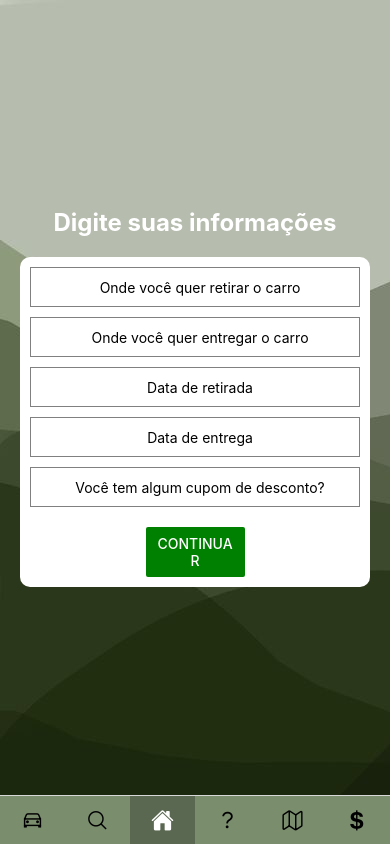
Repository: GabrielAron/EcoWheels
Page: /Home
An editor plug-in stored every save of this project. The page is shown before and after a run of saves, followed by the edit.
The browser window is 390 px wide. The pictures show the whole page.
The app was drawn by React Native's web renderer in a window 390 px wide. The project was rebuilt for these pictures with package versions that can differ from the ones it lists, and the page was loaded fresh each time. Also part of the build but not shown: src/Paginas/Carros/index.js, src/Paginas/Ajuda/index.js, src/Paginas/Mapa/index.js, src/Paginas/Pagamento/pagamento.js.

Above is the page before, as saved 2023-11-24 15:05:12.

### App.js
import React from 'react';
import Routes from './src/Paginas/routes';
import { ReservaProvider } from './src/Paginas/ReservaContext';


function App() {
  return (
    <ReservaProvider>
      <Routes />
    </ReservaProvider>
  );
}

export default App;

### src/Paginas/routes.js
import React from 'react';
import { createBottomTabNavigator } from '@react-navigation/bottom-tabs';
import { NavigationContainer } from '@react-navigation/native';
import { Ionicons } from '@expo/vector-icons';

import Home from './Home';
import Explorar from './Carros';
import Ajuda from './Ajuda';
import Reservas from './Locacoes';
import Recarga from './Mapa';
import Pagamento from './Pagamento/pagamento';

const Tab = createBottomTabNavigator();

export default function Routes() {
  return (
    <NavigationContainer>
      <Tab.Navigator
        tabBarOptions={{
          showLabel: false, // Oculta as etiquetas de texto das guias
          tabBarStyle: {
            position: 'absolute',
            backgroundColor: '#7A8D6D',
            height:700,
          },
          tabStyle: {
            elevation: 0,
          },
          inactiveBackgroundColor: '#7A8D6D',
          activeBackgroundColor: '#5A6851',
        }}
      >
        <Tab.Screen
          name="Reservas"
          component={Reservas}
          options={{
            headerShown: false,
            tabBarIcon: ({ color, size, focused }) => {
              if (focused) {
                return <Ionicons name="md-car" size={23} color="#FFF" />;
              } else {
                return <Ionicons name="md-car-outline" size={23} color="#000000" />;
              }
            },
          }}
        />
        <Tab.Screen
          name="Explorar"
          component={Explorar}
          options={{
            headerShown: false,
            tabBarIcon: ({ color, size, focused }) => {
              if (focused) {
                return <Ionicons name="md-search" size={23} color="#FFF" />;
              } else {
                return <Ionicons name="md-search-outline" size={23} color="#000000" />;
              }
            },
          }}
        />
        <Tab.Screen
          name="Home"
          component={Home}
          options={{
            headerShown: false,
            tabBarIcon: ({ color, size, focused }) => {
              if (focused) {
                return <Ionicons name="md-home" size={23} color="#FFF" />;
              } else {
                return <Ionicons name="md-home-outline" size={23} color="#000000" />;
              }
            },
          }}
        />
        <Tab.Screen
          name="Ajuda"
          component={Ajuda}
          options={{
            headerShown: false,
            tabBarIcon: ({ color, size, focused }) => {
              if (focused) {
                return <Ionicons name="md-help" size={23} color="#FFF" />;
              } else {
                return <Ionicons name="md-help-outline" size={23} color="#000000" />;
              }
            },
          }}
        />
        <Tab.Screen
          name="Recarga"
          component={Recarga}
          options={{
            headerShown: false,
            tabBarIcon: ({ color, size, focused }) => {
              if (focused) {
                return <Ionicons name="md-map" size={23} color="#FFF" />;
              } else {
                return <Ionicons name="md-map-outline" size={23} color="#000000" />;
              }
            },
          }}
        />
         <Tab.Screen
          name="Pagamento"
          component={Pagamento}
          options={{
            headerShown: false,
            tabBarIcon: ({ color, size, focused }) => {
              if (focused) {
                return <Ionicons name="logo-usd" size={23} color="#FFF" />;

              } else {
                return <Ionicons name="logo-usd" size={23} color="#000000" />;
              }
            },
          }}
        />
      </Tab.Navigator>
    </NavigationContainer>
  );
}

### src/Paginas/ReservaContext.js
import React, { createContext, useState } from 'react';

export const ReservaContext = createContext();

export const ReservaProvider = ({ children }) => {
  const [reservas, setReservas] = useState([]);

  return (
    <ReservaContext.Provider value={{ reservas, setReservas }}>
      {children}
    </ReservaContext.Provider>
  );
};

### src/Paginas/Home/index.js
import React, { useState } from 'react';
import { View, Text, TextInput, Button, StyleSheet, ImageBackground, Modal, TouchableOpacity } from 'react-native';
import Fundo from '/imagens/fundoverde.jpg';

export default function Home() {
  const [date, setDate] = useState('');
  const [returnDate, setReturnDate] = useState('');
  const [showModal, setShowModal] = useState(false);

  const handleDateChange = (text) => {
    // Remover caracteres não numéricos
    const numericText = text.replace(/[^0-9]/g, '');

    // Adicionar barras para formar uma data
    let formattedText = numericText.replace(/(\d{2})(\d{2})(\d{4})/, '$1/$2/$3');

    // Limitar o comprimento
    formattedText = formattedText.substring(0, 10);

    setDate(formattedText);
  };

  const handleReturnDateChange = (text) => {
    // Remover caracteres não numéricos
    const numericText = text.replace(/[^0-9]/g, '');

    // Adicionar barras para formar uma data
    let formattedText = numericText.replace(/(\d{2})(\d{2})(\d{4})/, '$1/$2/$3');

    // Limitar o comprimento
    formattedText = formattedText.substring(0, 10);

    setReturnDate(formattedText);
  };

  const handleContinue = () => {
    if (date.trim() === '' || returnDate.trim() === '') {
      setShowModal(true);
    } else {
      // Lógica para continuar para a próxima tela
    }
  };

  return (
    <ImageBackground source={Fundo} style={styles.image}>
      <View style={styles.container}>
        <Text style={styles.title}>Digite suas informações</Text>
        <View style={styles.formContainer}>
          <TextInput style={styles.input} placeholder="Onde você quer retirar o carro" />
          <TextInput style={styles.input} placeholder="Onde você quer entregar o carro" />
          <TextInput style={styles.input} placeholder="Data de retirada" keyboardType="numeric" value={date} onChangeText={handleDateChange} />
          <TextInput style={styles.input} placeholder="Data de entrega" keyboardType="numeric" value={returnDate} onChangeText={handleReturnDateChange} />
          <TextInput style={styles.input} placeholder="Você tem algum cupom de desconto?" />
          <View style={styles.buttonContainer}>
            <Button title="Continuar" onPress={handleContinue} color="green" />
          </View>
        </View>
        <Modal visible={showModal} animationType="fade" transparent>
          <View style={styles.modalContainer}>
            <View style={styles.modalContent}>
              <Text style={styles.modalText}>Preencha todos os campos corretamente!</Text>
              <TouchableOpacity style={styles.modalButton} onPress={() => setShowModal(false)}>
                <Text style={styles.modalButtonText}>OK</Text>
              </TouchableOpacity>
            </View>
          </View>
        </Modal>
      </View>
    </ImageBackground>
  );
}

const styles = StyleSheet.create({
  container: {
    flex: 1,
    justifyContent: 'center',
    padding: 20,
  },
  image: {
    flex: 1,
    resizeMode: 'cover',
    justifyContent: 'center',
  },
  title: {
    fontSize: 24,
    fontWeight: 'bold',
    textAlign: 'center',
    marginBottom: 20,
    color: '#fff',
  },
  input: {
    height: 40,
    borderColor: 'gray',
    borderWidth: 1,
    marginBottom: 10,
    paddingLeft: 10,
    textAlign: 'center',
  },
  formContainer: {
    backgroundColor: 'white',
    borderRadius: 10,
    padding: 10,
    width: '100%',
    alignSelf: 'center',
  },
  buttonContainer: {
    width: '30%',
    alignSelf: 'center',
    marginTop: 10,
  },
  modalContainer: {
    flex: 1,
    justifyContent: 'center',
    alignItems: 'center',
    backgroundColor: 'rgba(0, 0, 0, 0.5)',
  },
  modalContent: {
    backgroundColor: 'white',
    borderRadius: 10,
    padding: 20,
    alignItems: 'center',
    elevation: 5,
  },
 modalText: {
    fontSize: 18,
    marginBottom: 20,
  },
  modalButton: {
    backgroundColor: 'green',
    borderRadius: 5,
    paddingVertical: 10,
    paddingHorizontal: 20,
  },
  modalButtonText: {
    color: 'white',
    fontWeight: 'bold',
    fontSize: 16,
  },
});

### src/Paginas/Locacoes/index.js
import React, { useState, useContext } from 'react';
import { View, Text, ImageBackground, Button, StyleSheet, ScrollView, Modal, Alert } from 'react-native';
import Fundo from '/imagens/fundoverde.jpg';
import { ReservaContext } from '../ReservaContext'; // Atualize o caminho conforme necessário

const Card = ({ id, title, image }) => {
  const [modalVisible, setModalVisible] = useState(false);
  const { reservas, setReservas } = useContext(ReservaContext);
  const [carros, setCarros] = useState([

      { id: 1, title: "QUALIDADE PARA UM CONFORTO E ÓTIMO PASSEIO - Exquisite Cruiser 1.8", image: "https://cdn.leonardo.ai/users/cf8d0bec-5da3-4e6a-aed2-13735b2a6925/generations/a40b4ef5-35ec-4e32-a5ff-cc2ef5e85345/PhotoReal_make_a_background_image_for_a_cell_phone_application_2.jpg?w=512" },
      { id: 2, title: "DESIGN E CONFORTO EM UM - Rider GT 3.0", image: "https://cdn.leonardo.ai/users/cf8d0bec-5da3-4e6a-aed2-13735b2a6925/generations/a40b4ef5-35ec-4e32-a5ff-cc2ef5e85345/PhotoReal_make_a_background_image_for_a_cell_phone_application_3.jpg?w=512" },
      { id: 3, title: "FORÇA PARA DESAFIOS OFF-Road - Viper GT 3.0 ", image: "https://cdn.leonardo.ai/users/cf8d0bec-5da3-4e6a-aed2-13735b2a6925/generations/a0fe3adc-2c2f-4336-bc49-e57599170dd1/PhotoReal_faa_um_hummer_eltrico_novo_andando_por_uma_cidade_3.jpg?w=512" },
      { id: 4, title: "UM CARRO ANTIGO E ESTILOSO PARA OS AMANTES DE CLÁSSICOS - Bentley 1.8", image: "https://cdn.leonardo.ai/users/cf8d0bec-5da3-4e6a-aed2-13735b2a6925/generations/c6457b66-6149-4c4d-8408-99c27071dc1e/PhotoReal_faa_um_carro_eletrico_executivo_andando_por_uma_cida_0.jpg?w=512" },
      { id: 5, title: "UM CARRO VERSÁTIL QUE ATENDE A TODAS AS NECESSIDADES FLEXUS X 1.0", image: "https://cdn.leonardo.ai/users/cf8d0bec-5da3-4e6a-aed2-13735b2a6925/generations/f62f0f84-2ea5-4c9d-a4e3-33ade848f3b2/PhotoReal_make_a_background_image_for_a_cell_phone_application_3.jpg?w=512" },
      { id: 6, title: "UMA OPÇÃO PERFEITA PARA QUEM BUSCA PRATICIDADE E CONFORTO - LUXURY DRIVE 1.6", image: "https://cdn.leonardo.ai/users/cf8d0bec-5da3-4e6a-aed2-13735b2a6925/generations/589507b8-d87b-4a85-b05e-c325ccebd6b6/PhotoReal_make_a_background_image_for_a_cell_phone_application_1.jpg?w=512" },
      { id: 7, title: "UM CARRO ESPORTIVO COM DESEMPENHO DE ALTA POTÊNCIA Vortex GT 5.0", image: "https://fotos-jornaldocarro-estadao.nyc3.cdn.digitaloceanspaces.com/wp-content/uploads/2023/01/13072602/Carro_esportivo.jpg" },
    ]);


  return (
    <View style={styles.card}>
      <ImageBackground source={{ uri: image }} style={styles.image}>
        <View style={styles.content}>
          <Text style={styles.title}>{title}</Text>
          <Button title="Reservar" onPress={() => setModalVisible(true)} />
        </View>
      </ImageBackground>

      <Modal
        animationType="slide"
        transparent={true}
        visible={modalVisible}
        onRequestClose={() => {
          Alert.alert("Modal has been closed.");
          setModalVisible(!modalVisible);
        }}
      >
        <View style={styles.centeredView}>
          <View style={styles.modalView}>
            <Text style={styles.modalText}>Deseja mesmo reservar o carro?</Text>

            <Button
              style={[styles.button, styles.buttonClose]}
              onPress={() => {
                setReservas([...reservas, { id, title, image }]);
                setCarros(carros.filter(carro => carro.id !== id));
                setModalVisible(!modalVisible);
              }}
              title="Sim"
            />
            <Button
              style={[styles.button, styles.buttonCancel]}
              onPress={() => setModalVisible(!modalVisible)}
              title="Não"
            />
          </View>
        </View>
      </Modal>
    </View>
  );
};

export default function Reservas() {
  return (
    <View style={styles.container}>
      <ImageBackground source={Fundo} style={styles.image}>
        <Text style={styles.text}>Carros</Text>
        <View style={styles.cardContainer}>
          <ScrollView showsVerticalScrollIndicator={false}>
            <Card id={1} title="QUALIDADE PARA UM CONFORTO E ÓTIMO PASSEIO - Exquisite Cruiser 1.8" image="https://cdn.leonardo.ai/users/cf8d0bec-5da3-4e6a-aed2-13735b2a6925/generations/a40b4ef5-35ec-4e32-a5ff-cc2ef5e85345/PhotoReal_make_a_background_image_for_a_cell_phone_application_2.jpg?w=512" />
            <Card id={2} title="DESIGN E CONFORTO EM UM - Rider GT 3.0" image="https://cdn.leonardo.ai/users/cf8d0bec-5da3-4e6a-aed2-13735b2a6925/generations/a40b4ef5-35ec-4e32-a5ff-cc2ef5e85345/PhotoReal_make_a_background_image_for_a_cell_phone_application_3.jpg?w=512" />
            <Card id={3} title="FORÇA PARA DESAFIOS OFF-Road - Viper GT 3.0 " image="https://cdn.leonardo.ai/users/cf8d0bec-5da3-4e6a-aed2-13735b2a6925/generations/a0fe3adc-2c2f-4336-bc49-e57599170dd1/PhotoReal_faa_um_hummer_eltrico_novo_andando_por_uma_cidade_3.jpg?w=512" />
            <Card id={4} title="UM CARRO ANTIGO E ESTILOSO PARA OS AMANTES DE CLÁSSICOS - Bentley 1.8" image="https://cdn.leonardo.ai/users/cf8d0bec-5da3-4e6a-aed2-13735b2a6925/generations/c6457b66-6149-4c4d-8408-99c27071dc1e/PhotoReal_faa_um_carro_eletrico_executivo_andando_por_uma_cida_0.jpg?w=512" />
            <Card id={5} title="UM CARRO VERSÁTIL QUE ATENDE A TODAS AS NECESSIDADES FLEXUS X 1.0" image="https://cdn.leonardo.ai/users/cf8d0bec-5da3-4e6a-aed2-13735b2a6925/generations/f62f0f84-2ea5-4c9d-a4e3-33ade848f3b2/PhotoReal_make_a_background_image_for_a_cell_phone_application_3.jpg?w=512" />
            <Card id={6} title="UMA OPÇÃO PERFEITA PARA QUEM BUSCA PRATICIDADE E CONFORTO - LUXURY DRIVE 1.6" image="https://cdn.leonardo.ai/users/cf8d0bec-5da3-4e6a-aed2-13735b2a6925/generations/589507b8-d87b-4a85-b05e-c325ccebd6b6/PhotoReal_make_a_background_image_for_a_cell_phone_application_1.jpg?w=512" />
            <Card id={7} title="UM CARRO ESPORTIVO COM DESEMPENHO DE ALTA POTÊNCIA Vortex GT 5.0" image="https://fotos-jornaldocarro-estadao.nyc3.cdn.digitaloceanspaces.com/wp-content/uploads/2023/01/13072602/Carro_esportivo.jpg" />
          </ScrollView>
        </View>
      </ImageBackground>
    </View>
  );
}


const styles = StyleSheet.create({
  container: {
    flex: 1,
  },
  image: {
    flex: 1,
    resizeMode: 'cover',
    justifyContent: 'center',
  },
  text: {
    color: '#fffbff',
    fontSize: 36,
    position: 'absolute',
    top: 50,
    left: 0,
    right: 0,
    fontWeight: 'bold',
    textAlign: 'center',
  },
  cardContainer: {
    flex: 1,
    alignItems: 'center',
    justifyContent: 'center',
    paddingTop: 200,
    paddingLeft: 75,
  },
  card: {
    width: '90%',
    height: 200,
    marginBottom: 45,
    borderRadius: 10,
    overflow: 'hidden',
  },
  image: {
    flex: 1,
    resizeMode: 'cover',
    justifyContent: 'center',
  },
  content: {
    padding: 10,
    alignItems: 'center',
    justifyContent: 'center',
  },
  title: {
    fontSize: 16,
    fontWeight: 'bold',
    color: '#fffbff',
  },
  overlay: {
    ...StyleSheet.absoluteFillObject,
    backgroundColor: 'rgba(128, 128, 128, 0.5)',
  },
  centeredView: {
    flex: 1,
    justifyContent: "center",
    alignItems: "center",
    marginTop: 22
  },
  modalView: {
    margin: 20,
    backgroundColor: "white",
    borderRadius: 20,
    padding: 35,
    alignItems: "center",
    shadowColor: "#000",
    shadowOffset: {
      width: 0,
      height: 2
    },
    shadowOpacity: 0.25,
    shadowRadius: 4,
    elevation: 5
  },
  button: {
    borderRadius: 20,
    padding: 10,
    elevation: 2
  },
  buttonClose: {
    backgroundColor: "#2196F3",
  },
  buttonCancel: {
    backgroundColor: "#f00",
  },
  modalText: {
    marginBottom: 15,
    textAlign: "center"
  }
});

After the next 3 saves:
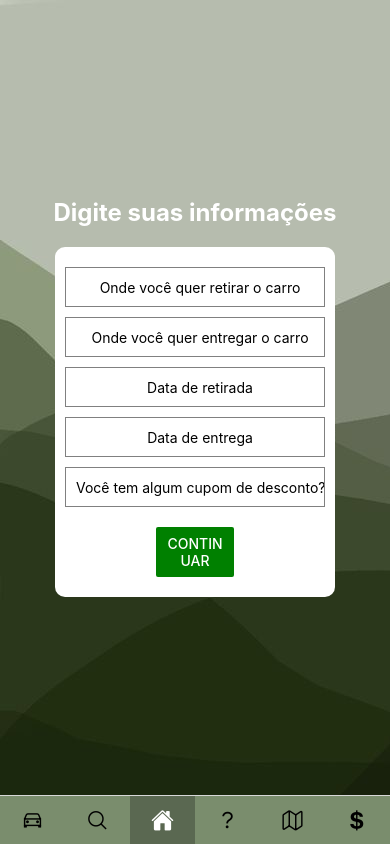
The 3 saves are shown as one change because they came seconds apart.
The last was saved 2 min 36 s later.
--- a/src/Paginas/Home/index.js
+++ b/src/Paginas/Home/index.js
@@ -100,8 +100,9 @@ const styles = StyleSheet.create({
     backgroundColor: 'white',
     borderRadius: 10,
     padding: 10,
-    width: '100%',
+    width: '80%',
     alignSelf: 'center',
+    paddingVertical: 20,
   },
   buttonContainer: {
     width: '30%',
